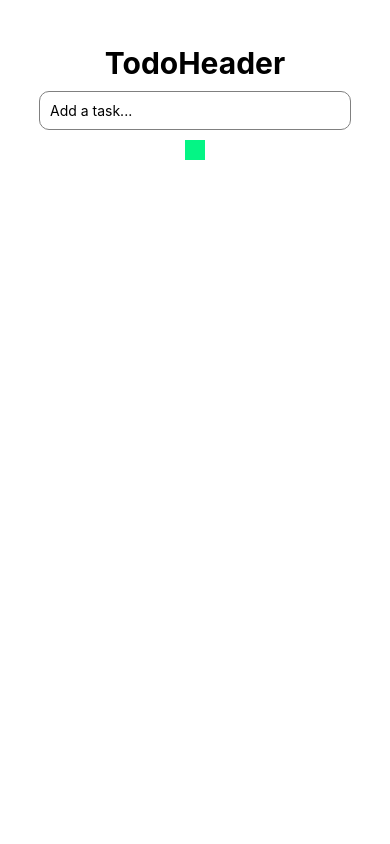
Repository: itadori17/Redux-Todo
Screen: /
An editor plug-in stored every save of this project. The screen is shown before and after a run of saves, followed by the edit.
The app was drawn by React Native's web renderer in a window 390 px wide. The project was rebuilt for these pictures with package versions that can differ from the ones it lists, and the page was loaded fresh each time.

Above is the screen before, as saved 2022-08-16 16:01:04.

### App.js
import { StatusBar } from 'expo-status-bar';
import { StyleSheet, Text, View, SafeAreaView } from 'react-native';

//importing Todo
import TodoHeader from './src/components/TodoHeader';

export default function App() {

  const RootApp = () => {
    return (
      <SafeAreaView>
        <TodoHeader/>
      </SafeAreaView>
    );
  };

  return (
    <View>
      <RootApp/>
    </View>
  );
}

### src/components/TodoHeader.js
import { StyleSheet, Text, TextInput, TouchableOpacity, View } from 'react-native';
import React, {useState} from 'react';

const TodoHeader = () => {

    const [todo, setTodo] = useState('');

    return (
        <View>
            <Text style={{
                fontSize: 30,
                fontWeight: 'bold',
                textAlign: 'center',
                marginTop: 45,
            }}
            >
             TodoHeader
                </Text>
                <View
                    style={{
                        justifyContent: 'center',
                        alignItems: 'center',
                    }}
                >
                <TextInput
                    style={{
                        borderColor: 'grey',
                        borderWidth: 1,
                        padding: 10,
                        margin: 10,
                        width: '80%',
                        borderRadius: 10,
                    }}
                    placeholder="Add a task..."
                    onChangeText={(text) => setTodo(text)}
                    value={todo}
                />
                <TouchableOpacity
                style={{
                    backgroundColor: '#04F585',
                    padding: 10,

                }}
                >

                </TouchableOpacity>
                </View>
        </View>
    );
};

export default TodoHeader;

const styles = StyleSheet.create({});

After the next 7 saves:
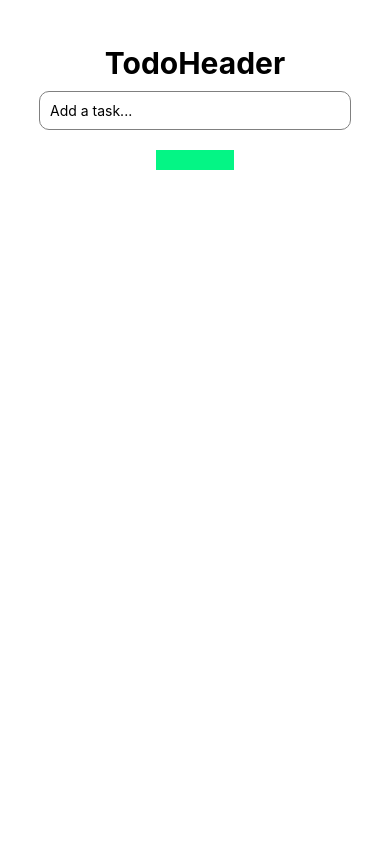
The 7 saves are shown as one change because they came seconds apart.
The last was saved 21 s later.
--- a/src/components/TodoHeader.js
+++ b/src/components/TodoHeader.js
@@ -39,6 +39,8 @@ const TodoHeader = () => {
                 style={{
                     backgroundColor: '#04F585',
                     padding: 10,
+                    margin: 10,
+                    width: '20%'
 
                 }}
                 >
